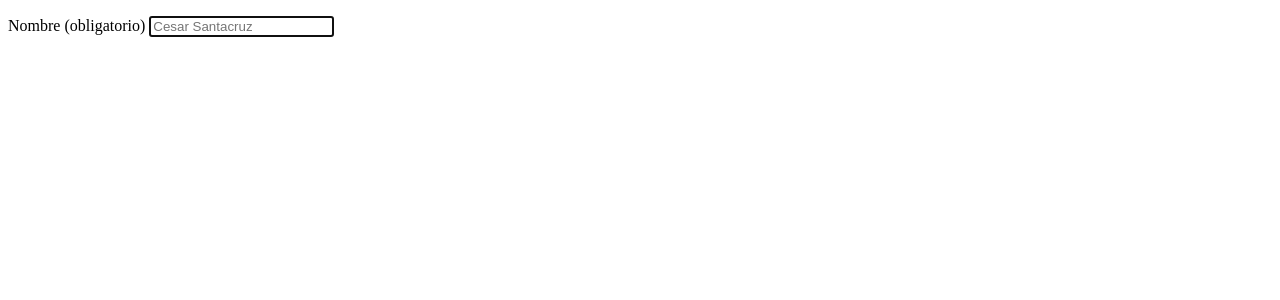
Repository: cesarsant0203/My_Study
Page: Introducción al desarrollo web/formulario.html
An editor plug-in stored every save of this project. The page is shown before and after the next save, followed by the edit.
The browser window is 1280 px wide. The pictures show the whole page.

Above is the page before, as saved 2020-04-27 19:38:47.

### Introducción al desarrollo web/formulario.html
<!DOCTYPE html>
<html lang="es">

<head>
    <meta charset="utf-8" />
    <title>
        Prueba de formulario
    </title>
</head>

<body>
    <form id="form-order">

        <p>
            <label for="name"> Nombre (obligatorio)</label>
            <input type="text" name="name" id="name"
            placeholder="Cesar Santacruz"
            autofocus
            autocomplete
            required>
        </p>
        <!--<p>
            <label for="passwd"> Contrasenia (obligatorio)</label>
            <input type="password" name="passwd" id="passwd"
            placeholder="qazwsx1234"
            pattern=" [a-z] {4} [0-9] {2}" required/>
        </p>
        <p>
            <label for="phone">Telefono</label>
            <input type="tel" name="phone" id="phone"
            placeholder="0999999999">
        </p>
        <p>
            <label for="email">email</label>
            <input type="email" name="email" id="email"
            placeholder="example@gmail.com">
        </p>
        <p>
            <label for="website"> Tu website (obligatorio)</label>
            <input type="url" name="website" id="website"
            placeholder="www.example.com"
            required>
        </p>
        <p>
            <label for="numberexample"> N de temas </label>
            <input type="number" name="numberexample" id="numberexample"
            placeholder="2"
            min="2" max="10" step="2">
            Entre 2 y 10 solo pares
        </p>
        <p>
            <label for="deliverydate"> Fecha de envio</label>
            <input type="text" name="deliverydate" id="deliverydate" min="2000-08-27">
        </p>
        <input type="submit" value="enviar">

    </form>
</body>

</html>

After the next save:
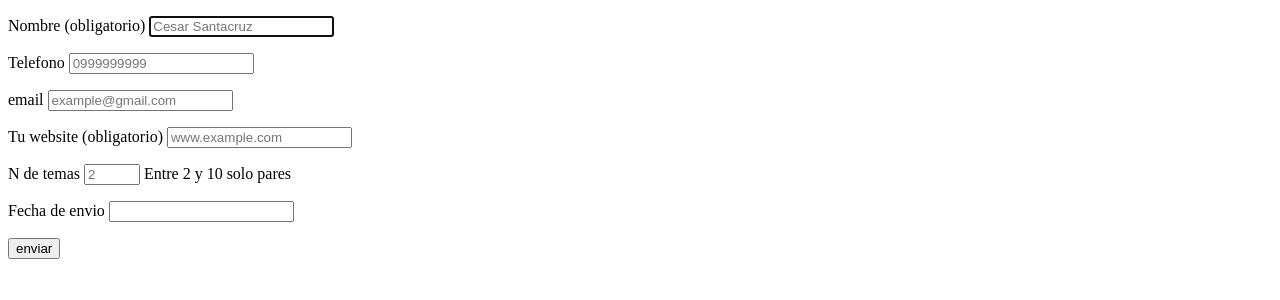
Saved 6 s later.
--- a/Introducción al desarrollo web/formulario.html
+++ b/Introducción al desarrollo web/formulario.html
@@ -24,7 +24,7 @@
             <input type="password" name="passwd" id="passwd"
             placeholder="qazwsx1234"
             pattern=" [a-z] {4} [0-9] {2}" required/>
-        </p>
+        </p>-->
         <p>
             <label for="phone">Telefono</label>
             <input type="tel" name="phone" id="phone"
